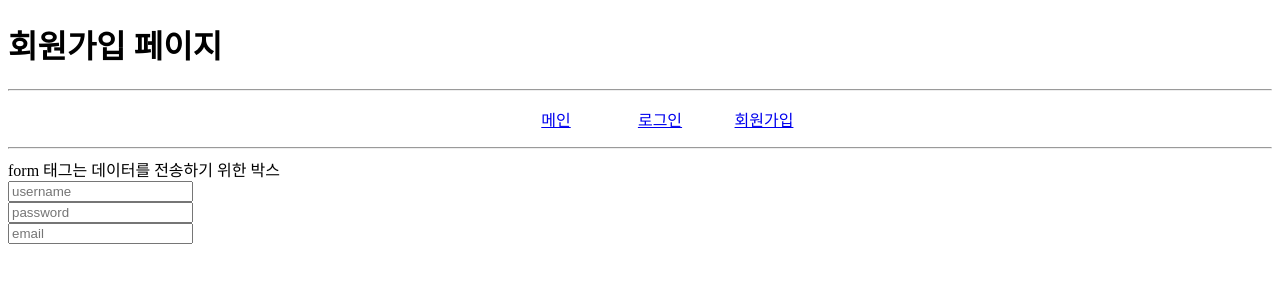
Repository: design-view/jsp-work
Page: http://localhost/cos/join.jsp
The author's editor kept a copy of each file at every save. The page is drawn from the files as they stood at one save, then again after the next save.
The browser window is 1280 px wide. The pictures show the whole page.
The page is served by Tomcat 9.

Above is the page before, as saved 2020-08-22 02:50:39.

After the next save:
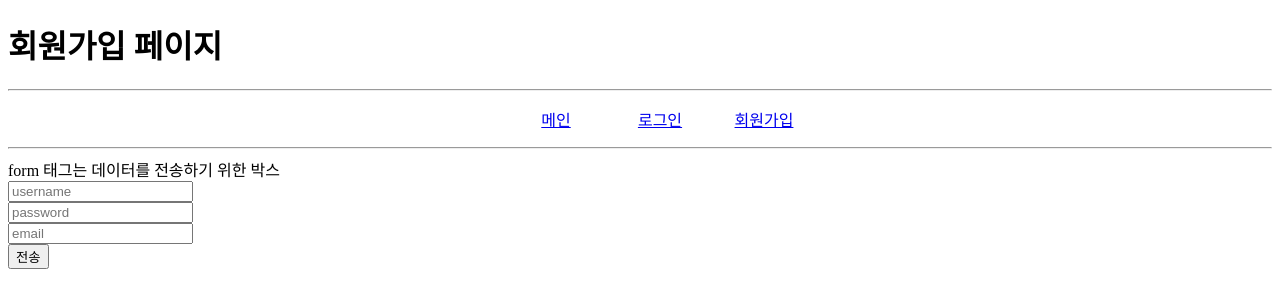
Saved 92 s later.
--- a/cos/WebContent/join.jsp
+++ b/cos/WebContent/join.jsp
@@ -22,10 +22,11 @@
 	</ul>
 	<hr/>
 	form 태그는 데이터를 전송하기 위한 박스
-	<form>
+	<form action="joinProc.jps" >
 		<input type="text" name="username" placeholder="username" /><br/>
 		<input type="password" name="password" placeholder="password"/><br/>
 		<input type="email" name="email" placeholder="email"/><br/>
+		<button type="submit">전송</button>
 	</form>
 </body>
 </html>
